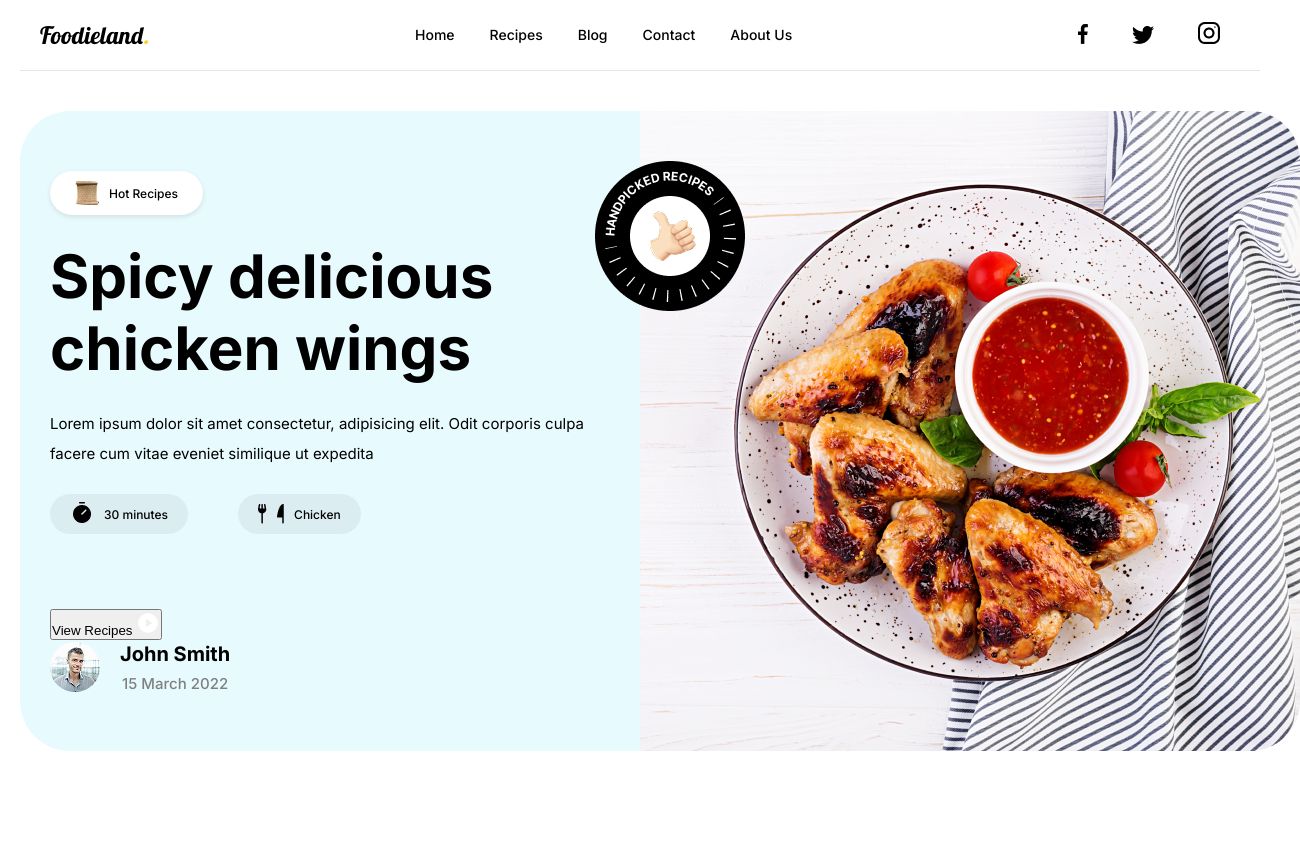
Repository: SolomonChinonso/Advanced-html-and-css-project
Page: index.html
An editor plug-in stored every save of this project. The page is shown before and after a run of saves, followed by the edit.
The browser window is 1280 px wide. The page is 1300 px wide, so the pictures cover 1300 px, including what lies to the right of the window. The pictures show the whole page.

Above is the page before, as saved 2026-04-16 13:38:21.

After the next 3 saves:
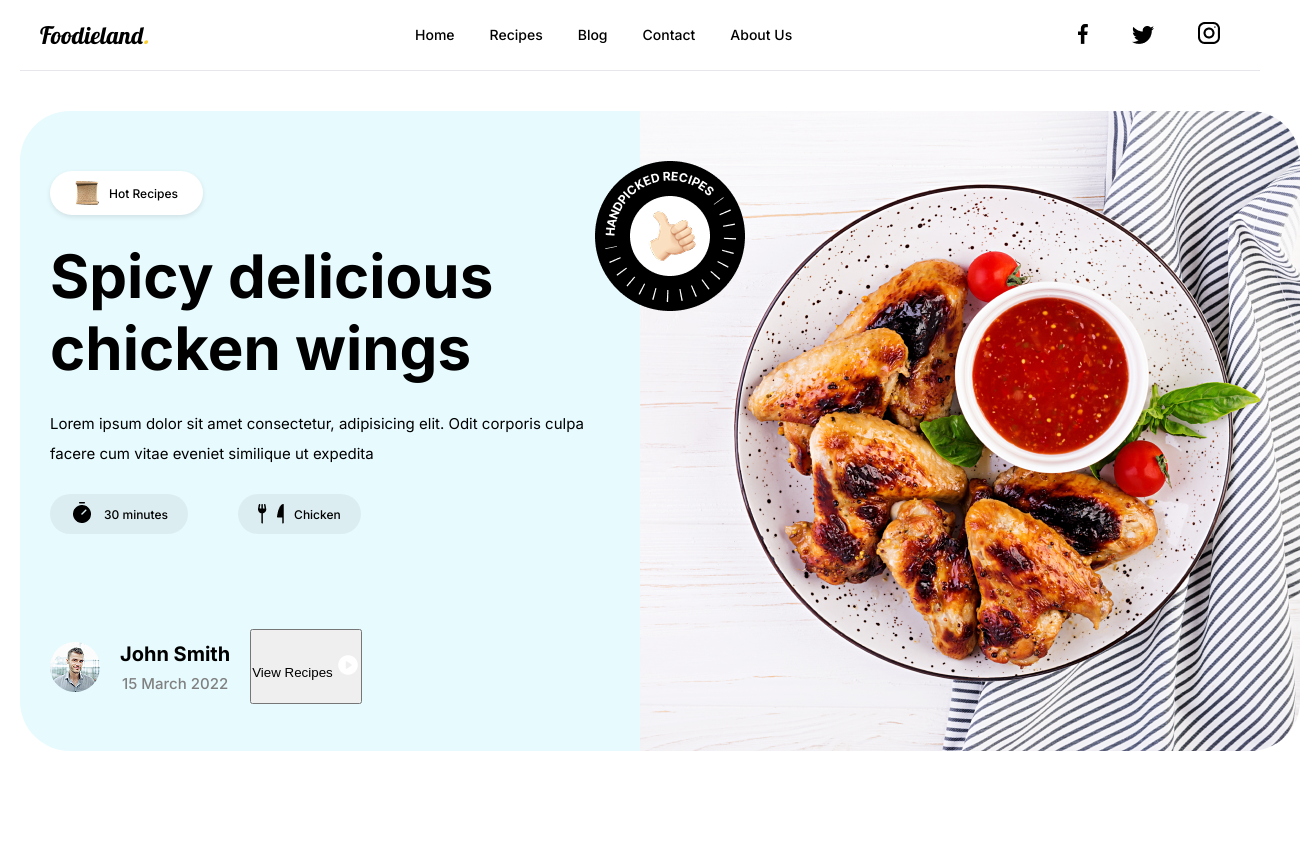
The 3 saves are shown as one change because they came seconds apart.
The last was saved 32 s later.
--- a/index.html
+++ b/index.html
@@ -59,10 +59,11 @@
                     <span class="author-details">
                             <strong>John Smith</strong><p>15 March 2022</p>
                     </span>
+                     <button type="button">View Recipes <img src="./social-icons/PlayCircle.png" alt="">
+                </button>
                 </div>
 
-                <button type="button">View Recipes <img src="./social-icons/PlayCircle.png" alt="">
-                </button>
+
 
            </div>
             <div class="banner-img">
